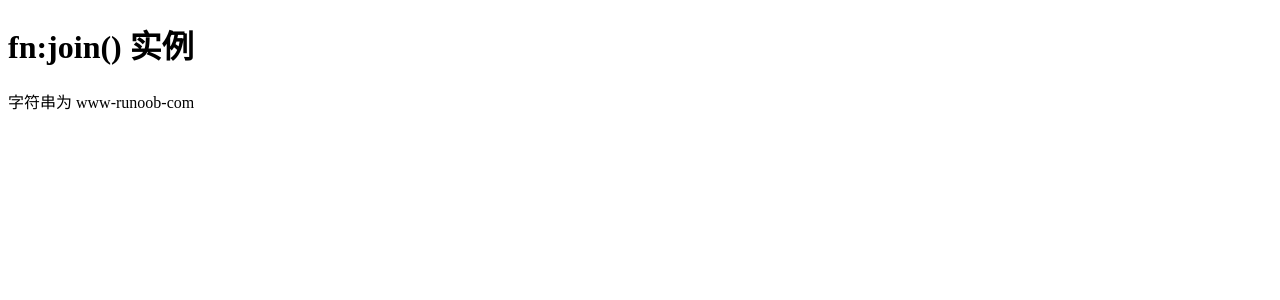
Repository: eterinfi/java
Page: http://localhost/JSPDemo/JSTLDemo/functions/fn_join.jsp
These files come from the project's save history. The page is drawn as it stood at one moment and after the next save; the edit follows.
The browser window is 1280 px wide. The pictures show the whole page.
The page is served by Tomcat 9. Other server files are loaded and not shown.

Above is the page before, as saved 2016-11-16 05:05:16.

### jee/JSPDemo/WebContent/JSTLDemo/functions/fn_join.jsp
<%@ page language="java" contentType="text/html; charset=UTF-8"
    pageEncoding="UTF-8"%>
<%@ taglib prefix="c" uri="http://java.sun.com/jsp/jstl/core" %>
<%@ taglib prefix="fn" uri="http://java.sun.com/jsp/jstl/functions" %>
<!DOCTYPE html PUBLIC "-//W3C//DTD HTML 4.01 Transitional//EN" "http://www.w3.org/TR/html4/loose.dtd">
<html>
<head>
  <meta http-equiv="Content-Type" content="text/html; charset=UTF-8">
  <title>JSTL fn:join 函数实例</title>
</head>
<body>
  <h1>fn:join() 实例</h1>
  <c:set var="string1" value="www runoob com"/>
  <c:set var="string2" value="${fn:split(string1, ' ')}" />
  <c:set var="string3" value="${fn:join(string2, '-')}" />
  <p>字符串为 ${string3}</p>
</body>
</html>

After the next save:
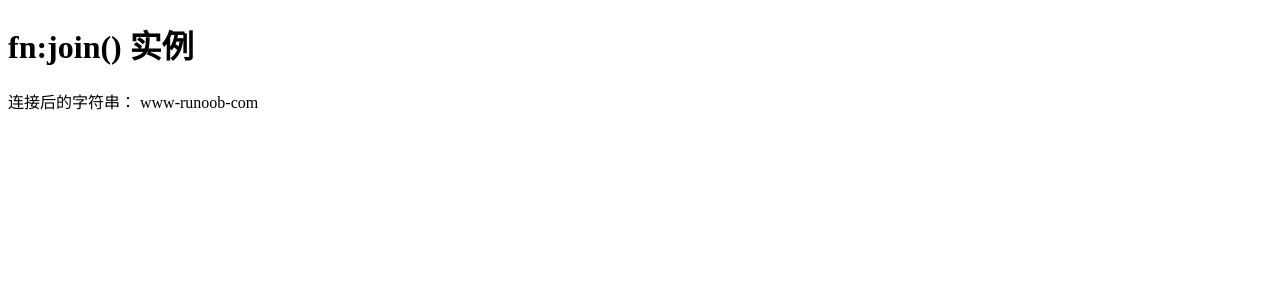
Saved 2 min 20 s later.
--- a/jee/JSPDemo/WebContent/JSTLDemo/functions/fn_join.jsp
+++ b/jee/JSPDemo/WebContent/JSTLDemo/functions/fn_join.jsp
@@ -13,6 +13,6 @@
   <c:set var="string1" value="www runoob com"/>
   <c:set var="string2" value="${fn:split(string1, ' ')}" />
   <c:set var="string3" value="${fn:join(string2, '-')}" />
-  <p>字符串为 ${string3}</p>
+  <p>连接后的字符串： ${string3}</p>
 </body>
 </html>
